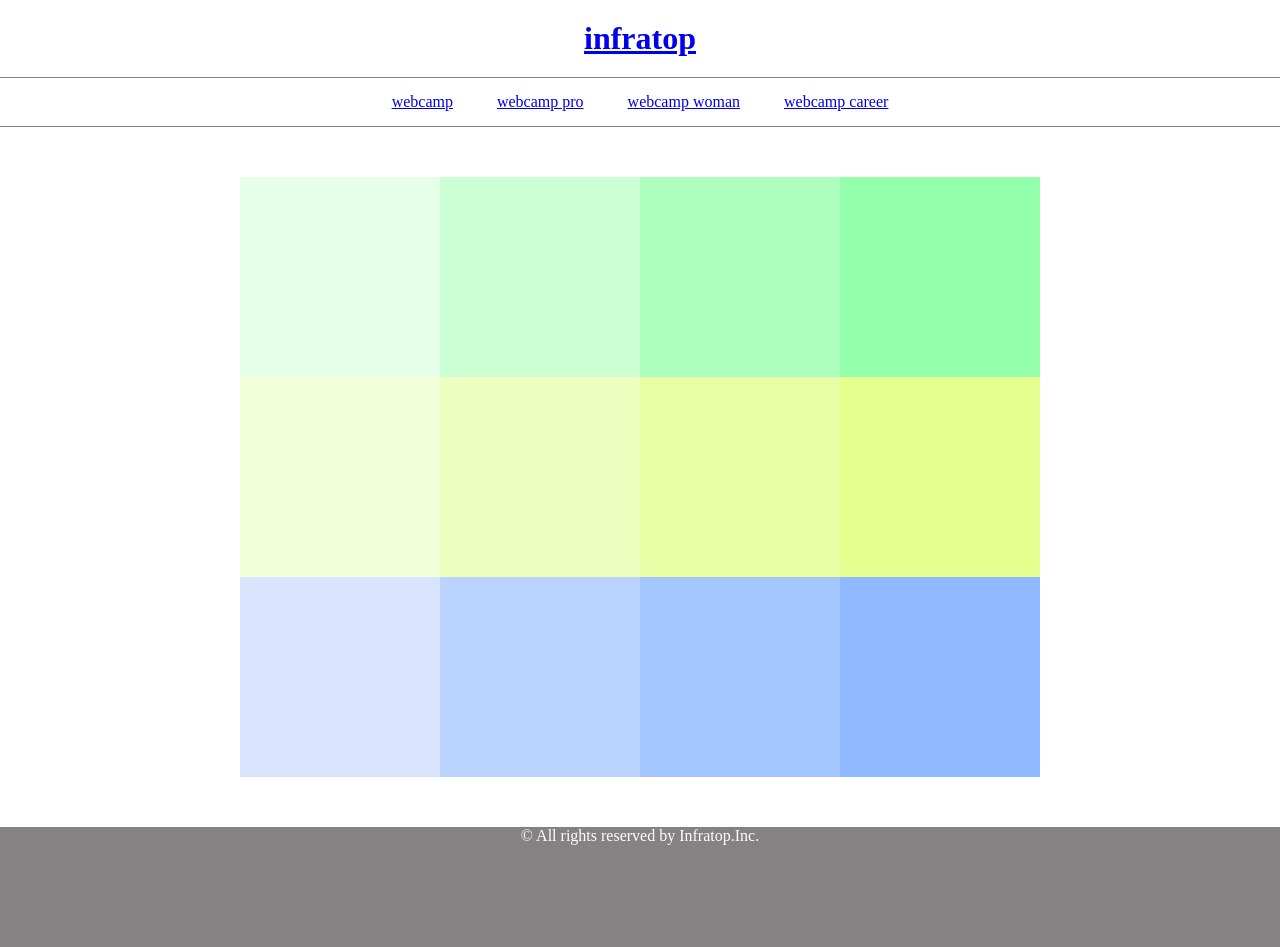
Repository: gukbvhrsui/r
Page: review2/review2.html
The author's editor kept a record of every edit. The page is drawn from the files as they stood at one moment, then again after the next edit.
The browser window is 1280 px wide. The pictures show the whole page.

Above is the page before.

After the next edit:
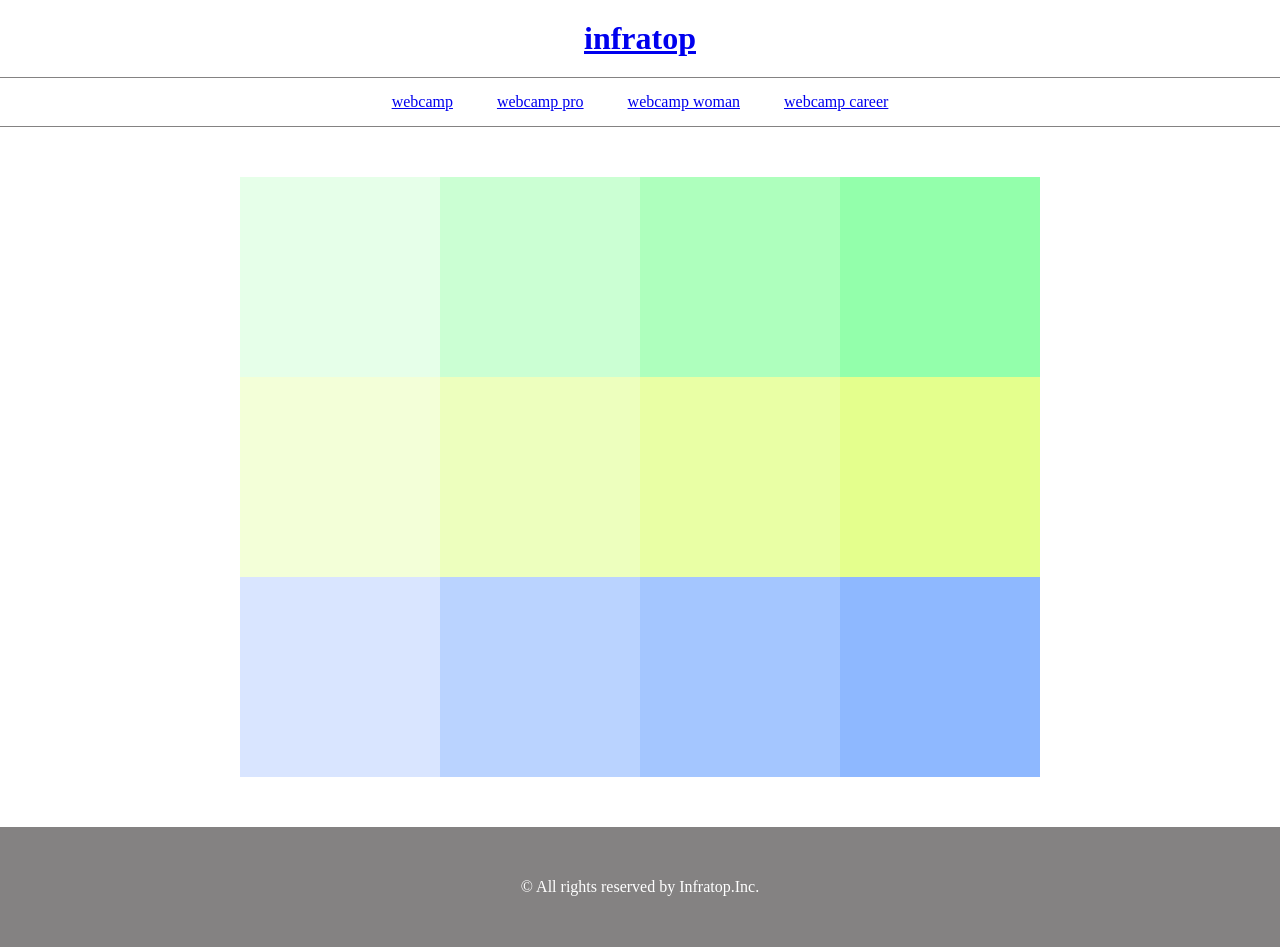
The edit:
--- a/review2/review2.css
+++ b/review2/review2.css
@@ -108,6 +108,7 @@
   height: 120px;
   background-color: #848282;
   text-align: center;
+  line-height: 120px;
 }
 
 p {
